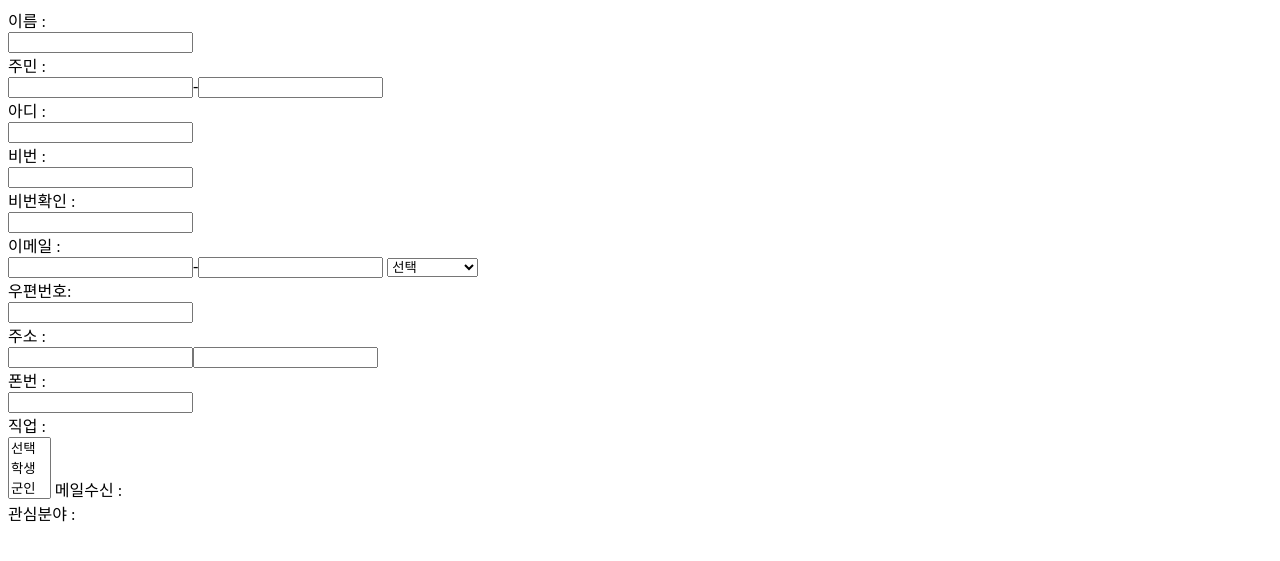
Repository: supremehappy/JSP_test02
Page: http://localhost/JSP_Test/JSP_Test_02.jsp
The author's editor kept a copy of each file at every save. The page is drawn from the files as they stood at one save, then again after the next save.
The browser window is 1280 px wide. The pictures show the whole page.
The page is served by Tomcat 9.

Above is the page before, as saved 2017-07-14 06:42:20.

### JSP_Test/WebContent/JSP_Test_02.jsp
<%@ page language="java" contentType="text/html; charset=UTF-8"
    pageEncoding="UTF-8"%>
<!DOCTYPE html PUBLIC "-//W3C//DTD HTML 4.01 Transitional//EN" "http://www.w3.org/TR/html4/loose.dtd">
<html>
<head>
<meta http-equiv="Content-Type" content="text/html; charset=UTF-8">
<title>Insert title here</title>
<style type="text/css">
	label{
		width:150px;
	}
</style>
</head>
<body>

		<label>이름 : </label><br>
		<input type="text" name="name"><br>
		<label>주민 : </label><br>
		<input type="text" name="jumin">-<input type="password" name="jumin2"><br>
		<label>아디 : </label><br>
		<input type="text" name="id"><br>
		<label>비번 : </label><br>
		<input type="password" name="pw"><br>
		<label>비번확인 : </label><br>
		<input type="password" name="pw2"><br>
		<label>이메일 : </label><br>
		<input type="text" name="mail">-<input type="text" name="mail2">
		<select name="mail3" size="1">
			<option value="">선택</option>
			<option value="네이버">naver.com</option>
			<option value="다음">daum.net</option>
			<option value="구글">google.com</option>
		</select>
		<br>
		<label>우편번호: </label><br>
		<input type="text" name="post"><br>
		<label>주소 : </label><br>
		<input type="text" name="addr"><input type="text" name="addr2"><br>
		<label>폰번 : </label><br>
		<input type="text" name="phone"><br>
		<label>직업 : </label><br>
		<select name="job" size="3">
			<option value="">선택</option>
			<option value="학생">학생</option>
			<option value="군인">군인</option>
			<option value="언론">언론</option>
			<option value="공무원">공무원</option>
			<option value="유통업">유통업</option>
			<option value="제조업">제조업</option>
			<option value="운수업">운수업</option>
			<option value="개발자">개발자</option>
			<option value="자영업">자영업</option>
		</select>
		<label>메일수신 : </label><br>
		<label>관심분야 : </label><br>
</body>
</html>

After the next save:
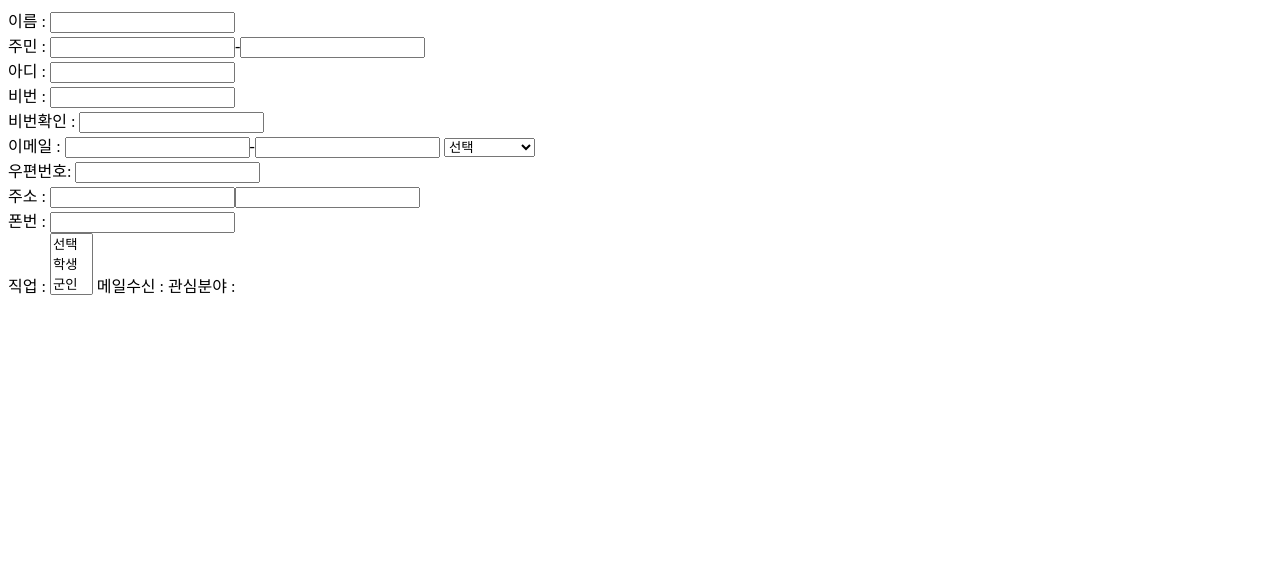
Saved 28 s later.
--- a/JSP_Test/WebContent/JSP_Test_02.jsp
+++ b/JSP_Test/WebContent/JSP_Test_02.jsp
@@ -13,17 +13,17 @@
 </head>
 <body>
 
-		<label>이름 : </label><br>
+		<label>이름 : </label>
 		<input type="text" name="name"><br>
-		<label>주민 : </label><br>
+		<label>주민 : </label>
 		<input type="text" name="jumin">-<input type="password" name="jumin2"><br>
-		<label>아디 : </label><br>
+		<label>아디 : </label>
 		<input type="text" name="id"><br>
-		<label>비번 : </label><br>
+		<label>비번 : </label>
 		<input type="password" name="pw"><br>
-		<label>비번확인 : </label><br>
+		<label>비번확인 : </label>
 		<input type="password" name="pw2"><br>
-		<label>이메일 : </label><br>
+		<label>이메일 : </label>
 		<input type="text" name="mail">-<input type="text" name="mail2">
 		<select name="mail3" size="1">
 			<option value="">선택</option>
@@ -32,13 +32,13 @@
 			<option value="구글">google.com</option>
 		</select>
 		<br>
-		<label>우편번호: </label><br>
+		<label>우편번호: </label>
 		<input type="text" name="post"><br>
-		<label>주소 : </label><br>
+		<label>주소 : </label>
 		<input type="text" name="addr"><input type="text" name="addr2"><br>
-		<label>폰번 : </label><br>
+		<label>폰번 : </label>
 		<input type="text" name="phone"><br>
-		<label>직업 : </label><br>
+		<label>직업 : </label>
 		<select name="job" size="3">
 			<option value="">선택</option>
 			<option value="학생">학생</option>
@@ -51,7 +51,7 @@
 			<option value="개발자">개발자</option>
 			<option value="자영업">자영업</option>
 		</select>
-		<label>메일수신 : </label><br>
-		<label>관심분야 : </label><br>
+		<label>메일수신 : </label>
+		<label>관심분야 : </label>
 </body>
 </html>
